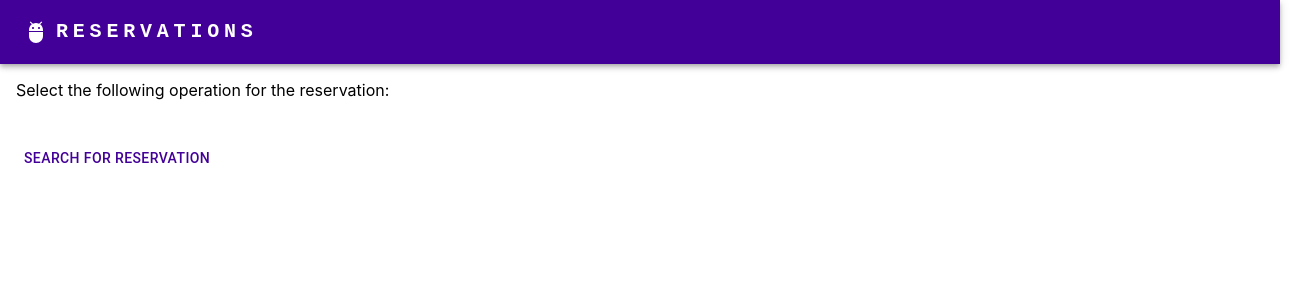
Repository: jbpadilha/reservationAWSRXJS
Page: /
An editor plug-in stored every save of this project. The page is shown before and after the next save, followed by the edit.
The browser window is 1280 px wide. The page is 1296 px wide, so the pictures cover 1296 px, including what lies to the right of the window. The pictures show the whole page.
The project was rebuilt for these pictures with package versions that can differ from the ones it lists, and the page was loaded fresh each time. Also part of the build but not shown: src/App.css.

Above is the page before, as saved 2023-07-11 21:01:51.

### src/index.tsx
import React, { Suspense, StrictMode } from "react";
import { createRoot } from "react-dom/client";
import { Provider } from "react-redux";
import { ThemeProvider } from "@mui/material/styles";
import "./index.css";
import { PersistGate } from "redux-persist/integration/react";
import { CircularProgress, LinearProgress } from "@mui/material";
import { persistStore } from "redux-persist";
import App from "./App";
import muiTheme from "./config/muiTheme";
import { store } from "./store/store";
import "./config/i18next";

<link rel="preconnect" href="https://fonts.googleapis.com" />;
<link rel="preconnect" href="https://fonts.gstatic.com" crossOrigin="" />;
<link
  href="https://fonts.googleapis.com/css2?family=Inter:wght@100;300;400;500;600;700&family=Roboto:ital,wght@0,300;0,400;0,500;0,700;1,400&display=swap"
  rel="stylesheet"
/>;
<link
  rel="stylesheet"
  href="https://fonts.googleapis.com/icon?family=Material+Icons"
/>;

// eslint-disable-next-line import/prefer-default-export
export const persistor = persistStore(store as any);

const container = document.createElement("div");
document.body.appendChild(container);

createRoot(container).render(
  <StrictMode>
    <Provider store={store}>
      <PersistGate loading={<CircularProgress />} persistor={persistor}>
        <ThemeProvider theme={muiTheme}>
          <Suspense fallback={<LinearProgress />}>
            <App />
          </Suspense>
        </ThemeProvider>
      </PersistGate>
    </Provider>
  </StrictMode>,
);

### src/App.tsx
import React from "react";
import "./App.css";

import RoutesComponent from "./components/routes/RoutesComponent";

const App = () => (
  <div className="App">
    <RoutesComponent />
  </div>
);

export default App;

### src/config/muiTheme.ts
import { createTheme } from "@mui/material";

const muiTheme = createTheme({
  background: "white",
  breakpoints: {
    values: {
      xs: 0,
      sm: 600,
      md: 960,
      lg: 1440,
      xl: 1964,
    },
  },
  palette: {
    primary: {
      main: "#430099",
      dark: "#EB078C",
    },
    baseColor: "##430099",
    baseColorTxt: "#6c757d",
    lightGreyTxt: "#98a6ad",
    backgroundGray: "#F9F9F9",
    titleDarkRed: "#0B1B39",
    fontColorRed: "#EB078C",
  },
});

export default muiTheme;

### src/store/store.ts
import { configureStore } from "@reduxjs/toolkit";
import sessionStorage from "redux-persist/lib/storage";
import {
  persistReducer,
  FLUSH,
  REHYDRATE,
  PAUSE,
  PERSIST,
  PURGE,
  REGISTER,
} from "redux-persist";
import reducers from "./reducers";

const persistConfig = {
  key: "root",
  storage: sessionStorage,
};

const persistedReducer = persistReducer(persistConfig, reducers);

export const store = configureStore({
  reducer: persistedReducer,
  middleware: (getDefaultMiddleware) =>
    getDefaultMiddleware({
      serializableCheck: {
        ignoredActions: [FLUSH, REHYDRATE, PAUSE, PERSIST, PURGE, REGISTER],
      },
    }),
});

// Infer the `RootState` and `AppDispatch` types from the store itself
export type RootState = ReturnType<typeof store.getState>;
// Inferred type: {posts: PostsState, comments: CommentsState, users: UsersState}
export type AppDispatch = typeof store.dispatch;

### src/config/i18next.ts
/* eslint-disable import/no-unresolved */
/* eslint-disable camelcase */
import i18next from "i18next";
import { initReactI18next } from "react-i18next";
import LanguageDetector from "i18next-browser-languagedetector";

import en from "./locales/en.json";

const options = {
  // order and from where user language should be detected
  order: [
    "querystring",
    "cookie",
    "localStorage",
    "sessionStorage",
    "navigator",
    "htmlTag",
    "path",
    "subdomain",
  ],
};

const i18nOptions: any = {
  fallbackLng: "en",
  detection: options,
  debug: true,
  resources: {
    en: { translation: en },
  },
  interpolation: {
    escapeValue: false,
  },
  react: {
    bindI18n: "languageChanged",
    bindI18nStore: "",
    transEmptyNodeValue: "",
    transSupportBasicHtmlNodes: true,
    useSuspense: true,
    omitBoundRerender: false,
  },
};

i18next.use(LanguageDetector).use(initReactI18next).init(i18nOptions);

export default i18next;

### src/components/routes/RoutesComponent.tsx
import React from "react";
import { BrowserRouter, Route, Routes } from "react-router-dom";

const Main = React.lazy(() => import("../Main"));
const RoutesComponent = () => {
  return (
    <BrowserRouter>
      <Routes>
        <Route path="/" element={<Main />} />
        <Route path="*" element={<Main />} />
      </Routes>
    </BrowserRouter>
  );
};
export default RoutesComponent;

### src/store/reducers.ts
import { combineReducers } from "redux";
import genericReducer from "./genericReducer";

export default combineReducers({
  reservations: genericReducer,
});

### src/config/locales/en.json
{
    "selectMenu": "Select the following operation for the reservation",
    "btnSearchRoute": "Search for Reservation",
    "departureDate": "Departure Date",
    "lastName": "Last Name",
    "enterLastName": "Enter the last Name",
    "btnSearch": "Search"
}

### src/components/Main.tsx
import React from "react";
import { Grid } from "@mui/material";
import Header from "./Header";
import MainRoutes from "./routes/MainRoutes";

const Main = () => {
  return (
    <Grid
      container
      sx={{ width: "100%", height: "100%", flexDirection: "row" }}
    >
      <Grid component="header" item xs={12} sx={{ fontSize: 24 }}>
        <Header />
      </Grid>
      <Grid item xs={12} component="main">
        <MainRoutes />
      </Grid>
    </Grid>
  );
};

export default Main;

### src/store/genericReducer.ts
/* eslint-disable default-param-last */
import { Action, State } from "../interfaces/interfaces";
import { GenericActions } from "./genericActions";

const initialState: State = {
  openMessageModal: false,
  typeMessage: "info",
  messageModal: "",
  loading: false,
};
const genericReducer = (
  state: State = initialState,
  { type, payload }: Action,
): any => {
  switch (type) {
    case GenericActions.CLOSE_MESSAGE_MODAL:
      return {
        ...state,
        openMessageModal: false,
        messageModal: null,
        typeMessage: "info",
      };
    case GenericActions.INFO_MESSAGE_MODAL:
      return {
        ...state,
        openMessageModal: true,
        messageModal: payload,
        typeMessage: "info",
      };
    case GenericActions.SUCCESS_MESSAGE_MODAL:
      return {
        ...state,
        openMessageModal: true,
        messageModal: payload,
        typeMessage: "success",
      };
    case GenericActions.FAIL_MESSAGE_MODAL:
      return {
        ...state,
        openMessageModal: true,
        messageModal: payload,
        typeMessage: "error",
      };
    case GenericActions.API_GENERIC_SUCCESS: {
      switch (payload?.actionType) {
        default:
          return state;
      }
    }
    case GenericActions.API_GENERIC_ERROR: {
      switch (payload?.actionType) {
        default:
          return state;
      }
    }
    default:
      return state;
  }
};

export default genericReducer;

### src/components/Header.tsx
import React from "react";
import { AppBar, Toolbar, Typography } from "@mui/material";
import Container from "@mui/material/Container";
import AdbIcon from "@mui/icons-material/Adb";

const Header = () => {
  return (
    <AppBar position="static">
      <Container maxWidth="xl">
        <Toolbar disableGutters>
          <AdbIcon sx={{ display: { xs: "none", md: "flex" }, mr: 1 }} />
          <Typography
            variant="h6"
            noWrap
            component="a"
            href="/"
            sx={{
              mr: 2,
              display: { xs: "none", md: "flex" },
              fontFamily: "monospace",
              fontWeight: 700,
              letterSpacing: ".3rem",
              color: "inherit",
              textDecoration: "none",
            }}
          >
            RESERVATIONS
          </Typography>
        </Toolbar>
      </Container>
    </AppBar>
  );
};

export default Header;

### src/components/routes/MainRoutes.tsx
import { Suspense } from "react";
import { LinearProgress } from "@mui/material";
import { Route, Routes } from "react-router-dom";
import { MultiRoutes } from "../../interfaces/interfaces";
import generalRoutes from "./generalRoutes";
import Menu from "../Menu";

const MainRoutes = () => {
  const routes: MultiRoutes[] = [];
  routes.push(...generalRoutes);

  return (
    <Suspense fallback={<LinearProgress />}>
      <Routes>
        <Route path="/" element={<Menu />} />
        {routes.map((route: MultiRoutes) => (
          <Route key={route.key} path={route.path} element={route.element} />
        ))}
      </Routes>
    </Suspense>
  );
};

export default MainRoutes;

### src/store/genericActions.ts
import { Action } from "../interfaces/interfaces";

export const GenericActions = {
  API_GENERIC_SUCCESS: "API_GENERIC_SUCCESS",
  API_GENERIC_ERROR: "API_GENERIC_ERROR",
  CLOSE_MESSAGE_MODAL: "CLOSE_MESSAGE_MODAL",
  SUCCESS_MESSAGE_MODAL: "SUCCESS_MESSAGE_MODAL",
  FAIL_MESSAGE_MODAL: "FAIL_MESSAGE_MODAL",
  INFO_MESSAGE_MODAL: "INFO_MESSAGE_MODAL",
};

// Generic Api Response Generic Action
export const apiResponseSuccess = (
  actionType: string,
  payload: Action,
): Action => ({
  type: actionType,
  payload: { actionType: payload.type, data: payload.payload },
});

export const apiResponseError = (
  actionType: string,
  payload: Action,
): Action => ({
  type: actionType,
  payload: { actionType: payload.type, data: payload.error },
});

export const infoMessageModal = (message: string): Action => ({
  type: GenericActions.INFO_MESSAGE_MODAL,
  payload: message,
});

export const successMessageModal = (message: string): Action => ({
  type: GenericActions.SUCCESS_MESSAGE_MODAL,
  payload: message,
});

export const failMessageModal = (message: string): Action => ({
  type: GenericActions.FAIL_MESSAGE_MODAL,
  payload: message,
});

export const closeMessageModal = (): Action => ({
  type: GenericActions.CLOSE_MESSAGE_MODAL,
  payload: false,
});

### src/components/routes/generalRoutes.tsx
import React from "react";
import { MultiRoutes } from "../../interfaces/interfaces";

const SearchReservations = React.lazy(() => import("../SearchReservations"));

const generalRoutes: MultiRoutes[] = [
  {
    path: "/search",
    key: "SearchReservations",
    element: <SearchReservations />,
  },
];

export default generalRoutes;

### src/components/Menu.tsx
import React from "react";
import { Button, Grid } from "@mui/material";
import { useTranslation } from "react-i18next";

const Menu = () => {
  const { t } = useTranslation();
  return (
    <Grid container sx={{ margin: 2 }}>
      <Grid item xs={12}>
        {t("selectMenu")}:
      </Grid>
      <Grid item xs={12} sx={{ marginTop: 5 }}>
        <Button size="medium">{t("btnSearchRoute")}</Button>
      </Grid>
    </Grid>
  );
};

export default Menu;

Loaded but not shown: public/index.html (common file); src/index.css (common file)

After the next save:
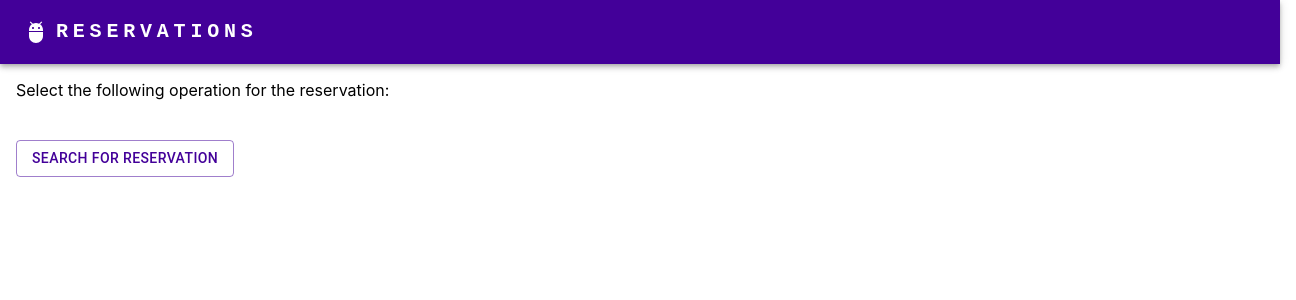
Saved 19 s later.
--- a/src/components/Menu.tsx
+++ b/src/components/Menu.tsx
@@ -10,7 +10,9 @@ const Menu = () => {
         {t("selectMenu")}:
       </Grid>
       <Grid item xs={12} sx={{ marginTop: 5 }}>
-        <Button size="medium">{t("btnSearchRoute")}</Button>
+        <Button variant="outlined" size="medium">
+          {t("btnSearchRoute")}
+        </Button>
       </Grid>
     </Grid>
   );
